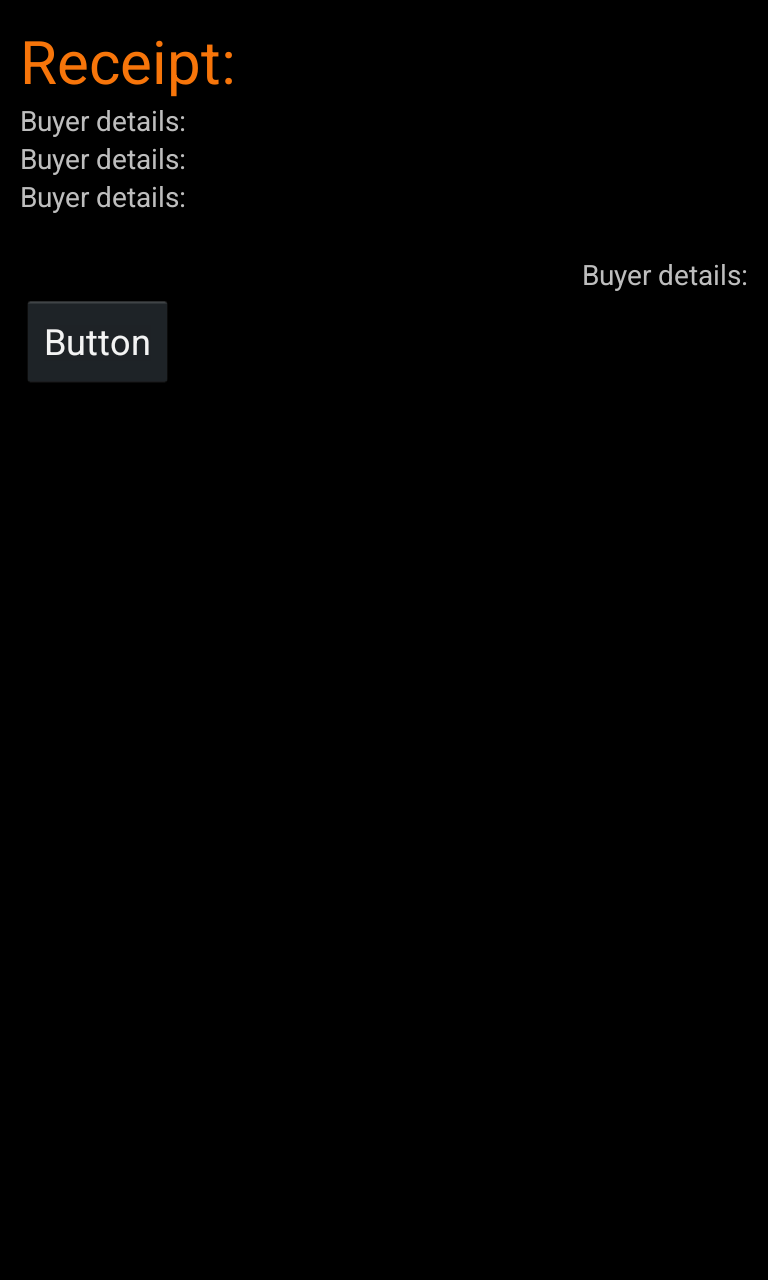
Repository: Adammdit/DT2283GUI
Layout: GunSmoke/res/layout/activity_receipt.xml
These files come from the project's save history. The layout is drawn as it stood at one moment and after the next save; the edit follows.
It is drawn on a 768 x 1280 px phone screen (xhdpi) without system bars, with theme android:Theme.Holo; the app's code is not run.

Above is the layout before, as saved 2014-11-11 00:02:08.

### GunSmoke/res/layout/activity_receipt.xml

<LinearLayout xmlns:android="http://schemas.android.com/apk/res/android"
    xmlns:tools="http://schemas.android.com/tools"
    android:id="@+id/LinearLayout1"
    android:layout_width="fill_parent"
    android:layout_height="fill_parent"
    android:paddingBottom="10dp"
    android:paddingLeft="10dp"
    android:paddingRight="10dp"
    android:paddingTop="10dp"
    android:orientation="vertical" >

    <TextView
        android:layout_width="wrap_content"
        android:layout_height="wrap_content"
        android:textColor="#F7750A"
        android:text="Receipt:"
        android:textSize="30sp" />

    <TextView
        android:id="@+id/receiptName"
        android:layout_width="wrap_content"
        android:layout_height="wrap_content"
        android:text="@string/buyerDetails" />
    <TextView
        android:id="@+id/receiptLicence"
        android:layout_width="wrap_content"
        android:layout_height="wrap_content"
        android:text="@string/buyerDetails" />

    <TextView
        android:id="@+id/receiptEmail"
        android:layout_width="wrap_content"
        android:layout_height="wrap_content"
        android:text="@string/buyerDetails" />

    <TextView
        android:id="@+id/soldItems"
        android:layout_width="wrap_content"
        android:layout_height="wrap_content"
        android:layout_gravity="right"
        android:layout_marginTop="20dp"
        android:text="@string/buyerDetails" />

    <Button
        android:id="@+id/confirm"
        android:layout_width="wrap_content"
        android:layout_height="wrap_content"
        android:layout_marginBottom="120dp"
        android:text="Button" />

</LinearLayout>

### GunSmoke/res/values/strings.xml
<?xml version="1.0" encoding="utf-8"?>
<resources>

    <string name="app_name">GunSmoke</string>
    <string name="title">Details form:</string>
    <string name="mainLabel">Main list</string>
    <string name="nameLabel">NAME : </string>
    <string name="licenceLabel">LICENCE NO : </string>
    <string name="ageLabel">AGE : </string>
    <string name="emailLabel">EMAIL : </string>
    <string name="budgetLabel">BUDGET : </string>
    <string name="female">Female</string>
    <string name="male">Male</string>
    <string name="buttonLabel">Continue</string>
    <string name="title_activity_splash_screen">SplashScreen</string>
    <string name="splash_info">All prices excludes vat = 21%</string>
    <string name="title_activity_details_form">DetailsForm</string>
    <string name="budgetHint">Enter available budget</string>
    <string name="emailHint">Enter your email address</string>
    <string name="ageHint">Enter your age</string>
    <string name="formInfo">Please register first :</string>
    <string name="nameHint">Enter your name</string>
    <string name="title_activity_receipt">Receipt</string>
    <string name="buyerDetails">Buyer details:</string>
    <string name="licenceHint">Enter licence no</string>

    <!-- List of job titles -->
    <string-array name="jobTitles">
        <item>Select your job</item>
        <item>Accountancy, banking and finance</item>
        <item>Animal and plant resources</item>
        <item>Advertising, marketing and PR</item>
        <item>Business, consulting and management</item>
        <item>Charity and voluntary work</item>
        <item>Creative arts and design</item>
        <item>Education</item>
        <item>Engineering, manufacturing and production</item>
        <item>Healthcare</item>
        <item>Human resources and employment</item>
        <item>Information services</item>
        <item>Information technology</item>
        <item>Insurance and pensions</item>
        <item>Law</item>
        <item>Leisure, sport and tourism</item>
        <item>Media and broadcasting</item>
        <item>Performing arts</item>
        <item>Publishing and journalism</item>
        <item>Scientific services</item>
        <item>Transport, logistics and distribution</item>
    </string-array>
    <!-- Melee weapones -->
    <string-array name="melee">
        <item>Knife</item>
        <item>Machete</item>
        <item>Maltador</item>
        <item>Galstead</item>
        <item>Throwing knife</item>
        <item>Ubuntu</item>
        <item>Windows7</item>
        <item>Max OS X</item>
        <item>Linux</item>
        <item>OS/2</item>
    </string-array>



</resources>

After the next save:
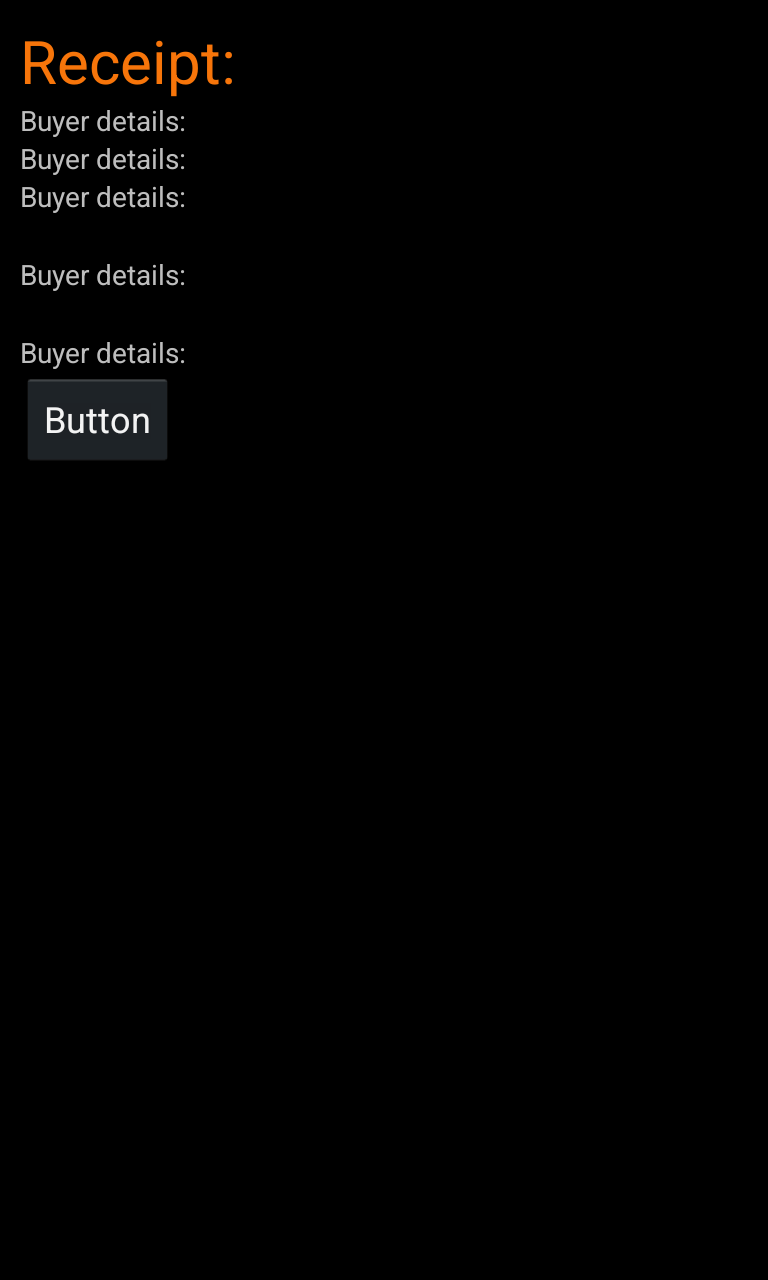
Saved 2 min 58 s later.
--- a/GunSmoke/res/layout/activity_receipt.xml
+++ b/GunSmoke/res/layout/activity_receipt.xml
@@ -38,7 +38,13 @@
         android:id="@+id/soldItems"
         android:layout_width="wrap_content"
         android:layout_height="wrap_content"
-        android:layout_gravity="right"
+        android:layout_marginTop="20dp"
+        android:text="@string/buyerDetails" />
+
+    <TextView
+        android:id="@+id/soldTotal"
+        android:layout_width="wrap_content"
+        android:layout_height="wrap_content"
         android:layout_marginTop="20dp"
         android:text="@string/buyerDetails" />
 
